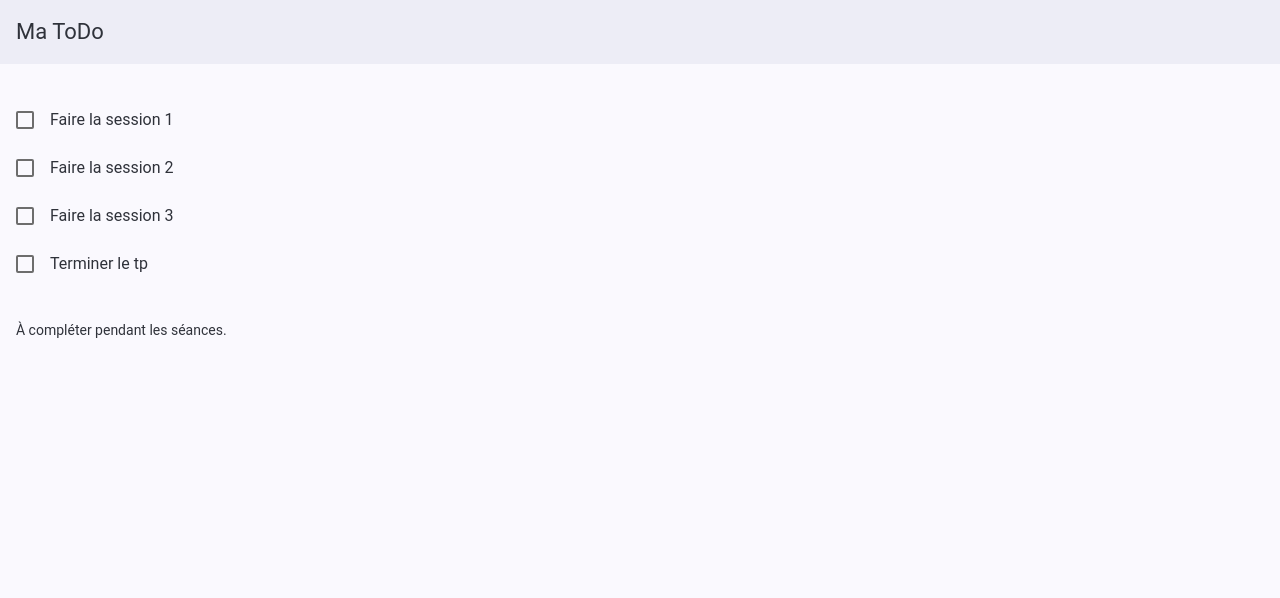
Repository: Hashidaru978/MaToDo-F7
Page: index.html
An editor plug-in stored every save of this project. The page is shown before and after the next save, followed by the edit.
The browser window is 1280 px wide. The pictures show the whole page.

Above is the page before, as saved 2026-05-28 10:30:24.

### index.html
<!doctype html>
<html lang="fr">

<head>
    <meta charset="utf-8" />
    <meta name="viewport"
        content="width=device-width, initial-scale=1, maximum-scale=1, minimum-scale=1, viewport-fit=cover" />
    <meta name="theme-color" content="#e8590c" />
    <title>Ma ToDo</title>

    <!-- Framework7 (CSS) -->
    <link rel="stylesheet" href="lib/framework7-bundle.min.css" />
    <!-- Police d'icônes Framework7 -->
    <link rel="stylesheet" href="lib/framework7-icons/css/framework7-icons.css" />
    <!-- Styles de l'application -->
    <link rel="stylesheet" href="css/app.css" />
</head>

<body>
    <div id="app">
        <div class="view view-main view-init safe-areas">
            <div class="page">
                <!-- Barre de navigation (haut) -->
                <div class="navbar">
                    <div class="navbar-bg"></div>
                    <div class="navbar-inner">
                        <div class="title">Ma ToDo</div>
                    </div>
                </div>

                <div class="page-content">
                    <!-- =====================================================
               SÉANCE 1 : afficher ici une liste de tâches EN DUR
                 (composant "list" avec des cases à cocher) . -->
                    <div class="list">
                        <ul class="list-taches">
                            <li class="item-content">
                                <div class="item-media">
                                    <label class="checkbox">
                                        <input type="checkbox">
                                        <i class="icon-checkbox"></i>
                                    </label>
                                </div>
                                <div class="item-inner">
                                    <div class="item-title">Faire la session 1</div>
                                </div>
                            </li>

                            <li class="item-content">
                                <div class="item-media">
                                    <label class="checkbox">
                                        <input type="checkbox">
                                        <i class="icon-checkbox"></i>
                                    </label>
                                </div>
                                <div class="item-inner">
                                    <div class="item-title">Faire la session 2</div>
                                </div>
                            </li>

                            <li class="item-content">
                                <div class="item-media">
                                    <label class="checkbox">
                                        <input type="checkbox">
                                        <i class="icon-checkbox"></i>
                                    </label>
                                </div>
                                <div class="item-inner">
                                    <div class="item-title">Faire la session 3</div>
                                </div>
                            </li>

                            <li class="item-content">
                                <div class="item-media">
                                    <label class="checkbox">
                                        <input type="checkbox">
                                        <i class="icon-checkbox"></i>
                                    </label>
                                </div>
                                <div class="item-inner">
                                    <div class="item-title">Terminer le tp</div>
                                </div>
                            </li>
                        </ul>
                    </div>
                    <!-- SÉANCE 2 : ajouter un champ + un bouton, puis
                 générer la liste à partir d'un tableau JS
                 (voir js/app.js). Ajouter / supprimer une tâche.

               SÉANCE 3 : cocher/décocher, compteur, filtres,
                 puis sauvegarde avec localStorage.
               ===================================================== -->
                    <div class="block">
                        <p class="text-color-gray">
                            À compléter pendant les séances.
                        </p>
                    </div>
                </div>
            </div>
        </div>
    </div>

    <!-- Framework7 (JS) -->
    <script src="lib/framework7-bundle.min.js"></script>
    <script src="js/app.js"></script>
</body>

</html>

### lib/framework7-icons/css/framework7-icons.css
@font-face {
  font-family: 'Framework7 Icons';
  font-style: normal;
  font-weight: 400;
  src: url('../fonts/Framework7Icons-Regular.woff2') format('woff2'),
    url('../fonts/Framework7Icons-Regular.woff') format('woff'),
    url('../fonts/Framework7Icons-Regular.ttf') format('truetype');
}

.f7-icons,
.framework7-icons {
  font-family: 'Framework7 Icons';
  font-weight: normal;
  font-style: normal;
  font-size: 28px;
  line-height: 1;
  letter-spacing: normal;
  text-transform: none;
  display: inline-block;
  white-space: nowrap;
  word-wrap: normal;
  direction: ltr;
  -webkit-font-smoothing: antialiased;
  text-rendering: optimizeLegibility;
  -moz-osx-font-smoothing: grayscale;
  -webkit-font-feature-settings: 'liga';
  -moz-font-feature-settings: 'liga=1';
  -moz-font-feature-settings: 'liga';
  font-feature-settings: 'liga';
  text-align: center;
}

### css/app.css
/* ============================================================
   Ma ToDo — styles de l'application
   ============================================================ */

/* Couleur principale du thème (vert) */
:root {
    --f7-theme-color: #6dd275;
    --f7-theme-color-rgb: 109, 210, 117;
    --f7-theme-color-shade: #cf5009;
    --f7-theme-color-tint: #f06a1e;
}

.page-content {
    padding-bottom: 16px;
}

/* SÉANCE 3 : ajouter ici le style de la tâche cochée (texte barré) */

### js/app.js
// ============================================================
//  Ma ToDo — point de départ
//  Écran unique, sans routage.
// ============================================================

var $$ = Dom7; // utilitaire DOM intégré à Framework7

var app = new Framework7({
    el: '#app',
    name: 'MaToDo',
    theme: 'auto',
});

// ------------------------------------------------------------
//  SÉANCE 2 — déclarer le tableau des tâches, puis :
//    - une fonction afficher() qui construit la liste
//    - une fonction ajouterTache(texte)
//    - une fonction supprimerTache(id)

var taches = [
  { id: 1, texte: "Faire la session1", fait: false },
  { id: 2, texte: "Faire la session2", fait: true  },
  { id: 1, texte: "Faire la session3", fait: false },
  { id: 2, texte: "Completez le tp",   fait: true  },
];


function ligneTache(t) {
  return '<li class="item-content" data-id="' + t.id + '">' +
    '<div class="item-media">' +
      '<label class="checkbox">' +
        '<input type="checkbox" ' + (t.fait ? 'checked' : '') + '>' +
        '<i class="icon-checkbox"></i>' +
      '</label>' +
    '</div>' +
    '<div class="item-inner">' +
      '<div class="item-title">' + t.texte + '</div>' +
      '<div class="item-after">' +
        '<a href="#" class="btn-suppr"><i class="icon f7-icons">trash</i></a>' +
      '</div>' +
    '</div>' +
  '</li>';
}

function afficher() {
  $$('.liste-taches').html(taches.map(ligneTache).join(''));
}

afficher(); // premier affichage


//
//  SÉANCE 3 — ajouter :
//    - basculerTache(id) pour cocher / décocher
//    - le compteur de tâches restantes
//    - les filtres (Toutes / À faire / Faites)
//    - chargerTaches() et sauvegarder() avec localStorage
// ------------------------------------------------------------

// Exemple de structure de données (à activer en séance 2) :
// var taches = [
//   { id: 1, texte: "Réviser l'algorithmique", fait: false },
// ];

Loaded but not shown: lib/framework7-bundle.min.css (library); lib/framework7-bundle.min.js (library)

After the next save:
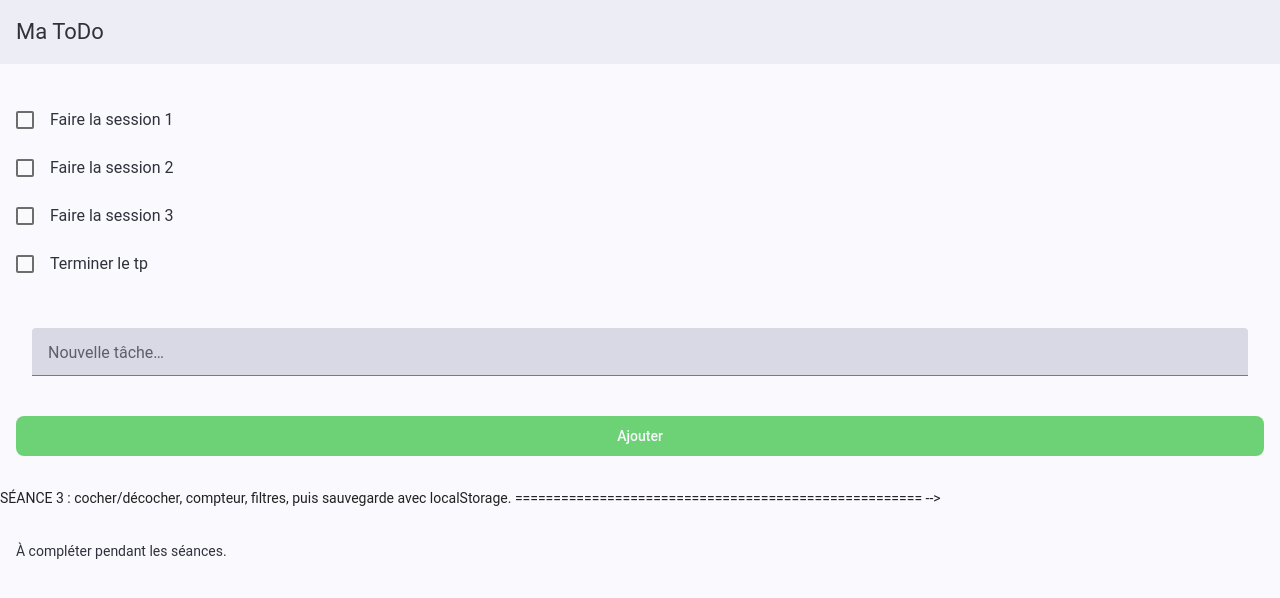
Saved 13 h 31 min later.
--- a/index.html
+++ b/index.html
@@ -85,7 +85,22 @@
                     </div>
                     <!-- SÉANCE 2 : ajouter un champ + un bouton, puis
                  générer la liste à partir d'un tableau JS
-                 (voir js/app.js). Ajouter / supprimer une tâche.
+                 (voir js/app.js). Ajouter / supprimer une tâche. -->
+
+                  <div class="list inset">
+                        <ul>
+                            <li class="item-content item-input">
+                                <div class="item-inner">
+                                    <div class="item-input-wrap">
+                                        <input type="text" id="champ-tache" placeholder="Nouvelle tâche…">
+                                    </div>
+                                </div>
+                            </li>
+                        </ul>
+                    </div>
+                    <div class="block">
+                        <a href="#" class="button button-fill" id="btn-ajouter">Ajouter</a>
+                    </div>
 
                SÉANCE 3 : cocher/décocher, compteur, filtres,
                  puis sauvegarde avec localStorage.
